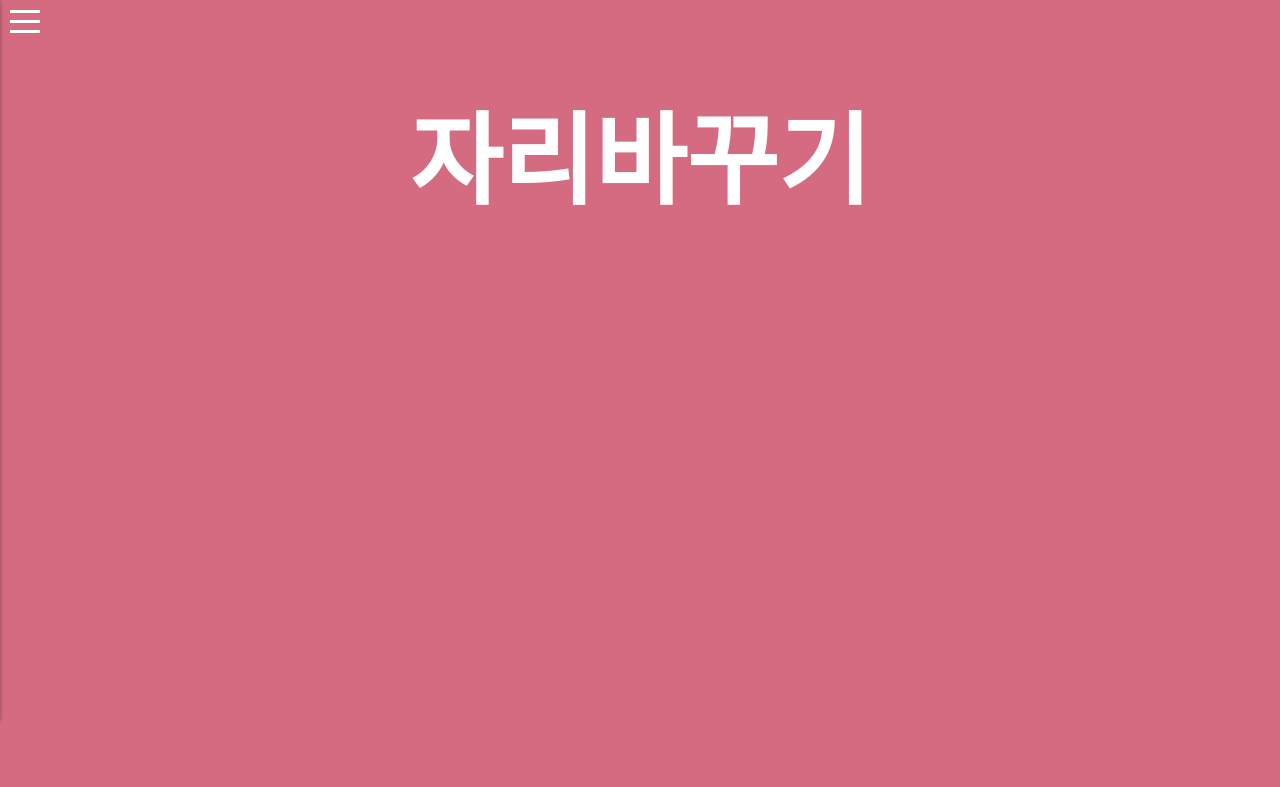
Repository: se-yoo/ChangeSeat
Page: http://localhost/ChangeSeat/main.jsp
The author's editor kept a copy of each file at every save. The page is drawn from the files as they stood at one save, then again after the next save.
The browser window is 1280 px wide. The pictures show the whole page.
Some web libraries are served in a nearby version. The page is served by Tomcat 9.

Above is the page before, as saved 2018-06-25 05:23:06.

### ChangeSeat/WebContent/main.jsp
<%@ page language="java" contentType="text/html; charset=UTF-8"
    pageEncoding="UTF-8"%>
<jsp:forward page="templateTest.jsp">
	<jsp:param name="CONTENTPAGE" value="changeIndex.jsp"/>
</jsp:forward>

### ChangeSeat/WebContent/templateTest.jsp
<%@ page language="java" contentType="text/html; charset=UTF-8"
    pageEncoding="UTF-8"%>
<!DOCTYPE html>
<html>
<head>
<meta charset="UTF-8">
<title>자리바꾸기</title>
<meta name="viewport" content="width=device-width, initial-scale=1">
 <title>Side Menu</title>
 <link rel="stylesheet" href="style.css">
 <link href='https://fonts.googleapis.com/css?family=Pacifico' rel='stylesheet' type='text/css'>
 <script src="//ajax.googleapis.com/ajax/libs/jquery/1.6.1/jquery.min.js" type="text/javascript"></script>
 <script>
$(document).ready(function(){
  /*
  $(".first").mouseover(function(){
    $(".second").css("background-color", '#6b81d5');
    $(".first").css("background-color", '#D56B81');

  });
  $(".second").mouseover(function(){
    $(".second").css("background-color", '#8a6bd5');
    $(".first").css("background-color", '#6bd5bf');

  });
  */
  $(".wrap").click(function(){
    $(".top").toggleClass("addedtop");
    $(".mid").toggleClass("addedmid");
    $(".bot").toggleClass("addedbot");
$(".side").toggleClass("triggered");
    $(".sidebtn").toggleClass("sideopacity");


  });

}); //final
</script>
</head>
<body>
<%
	String contentpage=request.getParameter("CONTENTPAGE");
%>
  <div class="wrap">
<span class="line top"></span>
  <span class="line mid"></span>
  <span class="line bot"></span>
  </div>
  <div class="side">
    <a href="#" class="sidebtn">자리바꾸기</a>
    <a href="#" class="sidebtn">조편성</a>
    <a href="#" class="sidebtn">정보관리</a>
  </div>
  <jsp:include page="<%= contentpage %>"></jsp:include>
</body>
</html>

### ChangeSeat/WebContent/changeIndex.jsp
<%@ page language="java" contentType="text/html; charset=UTF-8"
    pageEncoding="UTF-8"%>
<!DOCTYPE html>
<html>
<head>
<meta content="text/html; charset=UTF-8">
<title></title>
</head>
<body>
	<h1 class="header">
    	자리바꾸기
  	</h1>
</body>
</html>

### ChangeSeat/WebContent/style.css
@CHARSET "UTF-8";
body {
  font-family: "roboto", sans-serif;
  background-color:#D56B81;
  margin: 0;
  padding: 0;
}
html,body {
 height:100%;
}
.line {
 display: block;
  height:3px;
  width:30px;
  background-color:white;
  margin-top:5px;
  position: absolute;
  top:0;

  transition: all .4s ease-in-out;
}
.wrap {
 height:80px;
  position: relative;
  top:5px;
  left:10px;
  width: 30px;
  z-index: +150;
  cursor: pointer;
  height:30px;
  position: fixed;
}

.mid {
 top:10px;
}
.bot {
top:20px;
}

.addedmid {
  transform: rotate(135deg);
}
.addedtop {
  transform: rotate(45deg);
  top:10px;
}
.addedbot {
 opacity: 0;
}
.side {
 width:20%;
  position: fixed;
  height:100%;
  text-align: center;
  left:-20%;
  z-index: 80;
  box-shadow: 0 1px 4px 0 rgba(0,0,0,0.37);
  top:0;
  background-color: #6b8ad5;
  transition: all .5s ease-in-out;
}
.sidebtn {
 text-decoration: none;
  display: block;
  color:white;
  font-family: 'pacifico';
  font-size:35px;
  opacity:0;
  width:50%;
  position: relative;
  left:25%;
  top:25%;
  white-space: nowrap;
  line-height:80px;
  transition:all .25s ease-in-out;

}
.sideopacity  {
 opacity: 1;
  transition: all 1s ease-in-out;
}
.sidebtn:hover {
  text-shadow: 2px 2px rgba(0, 0, 0, 0.38);
}
.triggered {
 left:0;
}
.sidebtn::after {
 content: '';
  position: absolute;
  bottom:0;
  left:50%;
  width:0%;
  height:5px;
  background-color: white;
  transition: all .3s ease-out;
}
.sidebtn:hover::after {
 width: 100%;
  left:0;
  box-shadow: 2px 2px rgba(0, 0, 0, 0.38);
}
.header {
  font-family:'pacifico';
  color:white;
  font-size:100px;
  text-aligN:center;
  cursor: default;
  transition: all .4s ease-in-out;
}
.header:hover {
  text-shadow: 3px 3px rgba(0, 0, 0, 0.38);

}
.london {
  font-weight: 300;
  color:white;
  font-size: 40px;
  text-align: center;
  margin-top:-40px;
}
.card {
 width:100%;
  position:absolute;
height:100%;
  transition: all .2s ease-in-out;
}
.about {
 font-family: 'pacifico';
  color:white;
  font-size:50px;
  text-align: center;
}

After the next save:
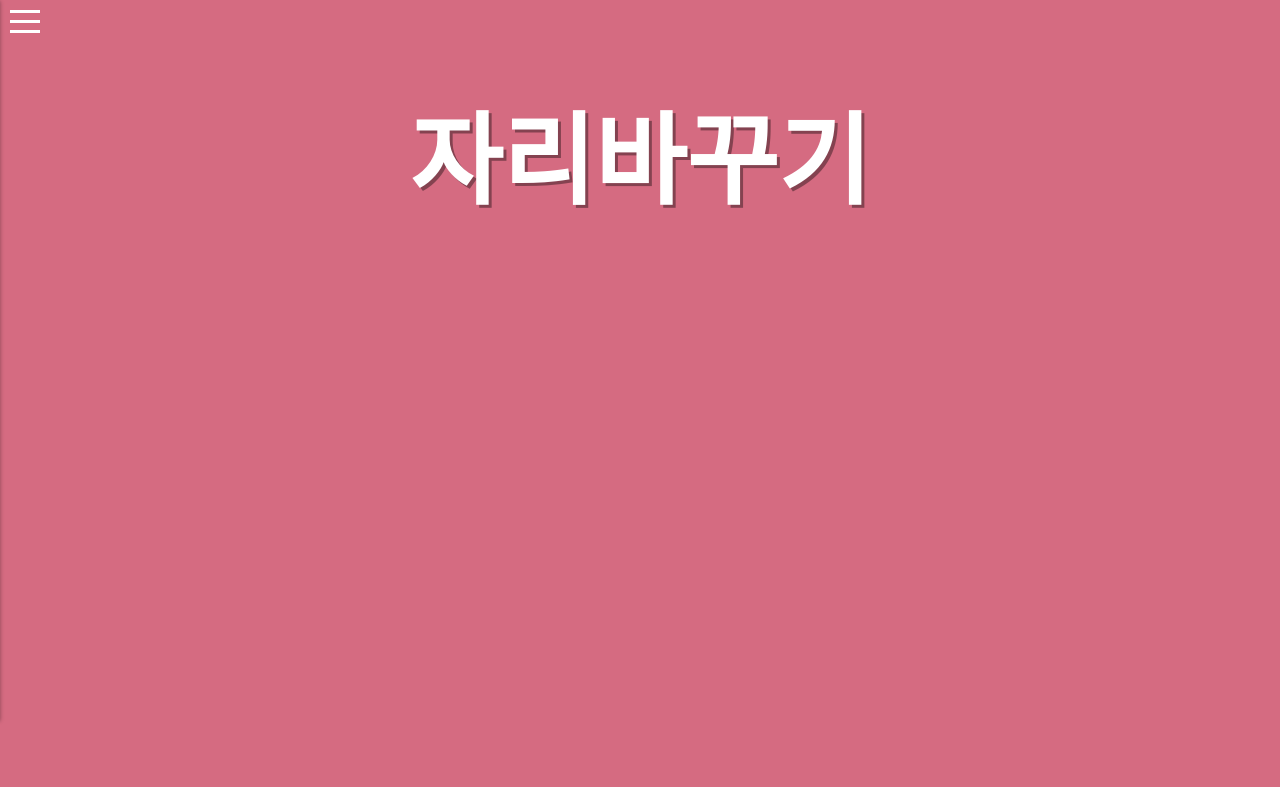
Saved 10 s later.
--- a/ChangeSeat/WebContent/style.css
+++ b/ChangeSeat/WebContent/style.css
@@ -108,9 +108,9 @@ top:20px;
   text-aligN:center;
   cursor: default;
   transition: all .4s ease-in-out;
+  text-shadow: 3px 3px rgba(0, 0, 0, 0.38);
 }
 .header:hover {
-  text-shadow: 3px 3px rgba(0, 0, 0, 0.38);
 
 }
 .london {
